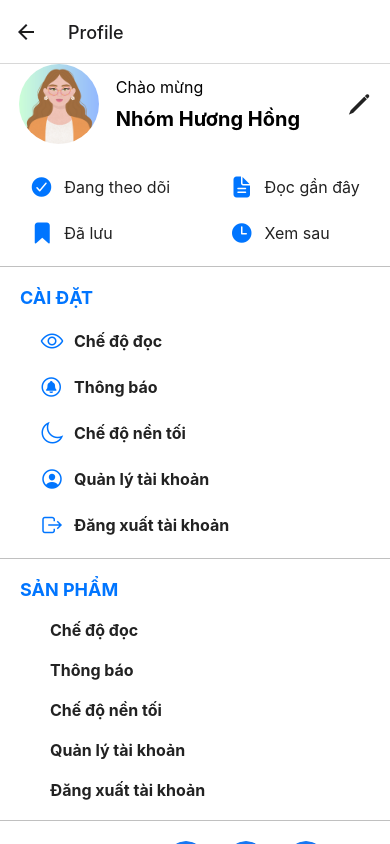
Repository: Quynhhuong150322/New_Daily
Screen: /Profile
These files come from the project's save history. The screen is drawn as it stood at one moment and after the next save; the edit follows.
An inner scrolling area shows only its first screen. The app was drawn by React Native's web renderer in a window 390 px wide. The project was rebuilt for these pictures with package versions that can differ from the ones it lists, and the page was loaded fresh each time. Also part of the build but not shown: firebase.js, screens/Login.js, screens/Signup.js, screens/Home.js, screens/Trending.js, screens/Save.js, screens/BottomTab.js, screens/Setting.js.

Above is the screen before, as saved 2023-12-20 02:37:01.

After the next save:
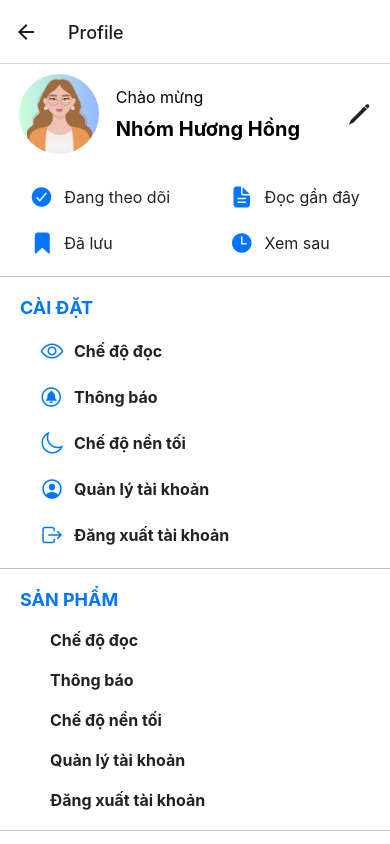
Saved 24 s later.
--- a/screens/Profile.js
+++ b/screens/Profile.js
@@ -24,6 +24,7 @@ export default function Profile() {
           flexDirection: 'row',
           justifyContent: 'space-around',
           alignItems: 'center',
+          marginTop: 10
         }}>
           <Image  style={{
             height: 80,
